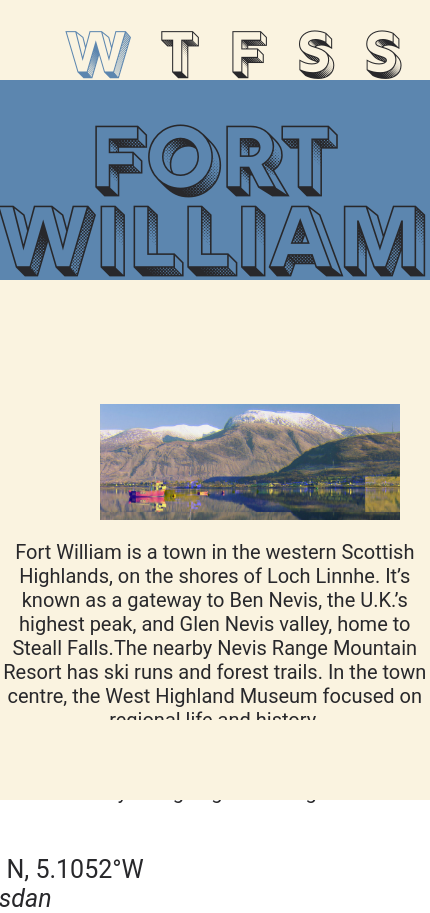
Repository: etak-yram/FINAL-CFG-WEB-DEV
Page: wednesday.html
These files come from the project's save history. The page is drawn as it stood at one moment and after the next save; the edit follows.
The browser window is 375 px wide. The page is 430 px wide, so the pictures cover 430 px, including what lies to the right of the window. The pictures show the whole page.

Above is the page before, as saved 2022-07-27 12:43:25.

After the next save:
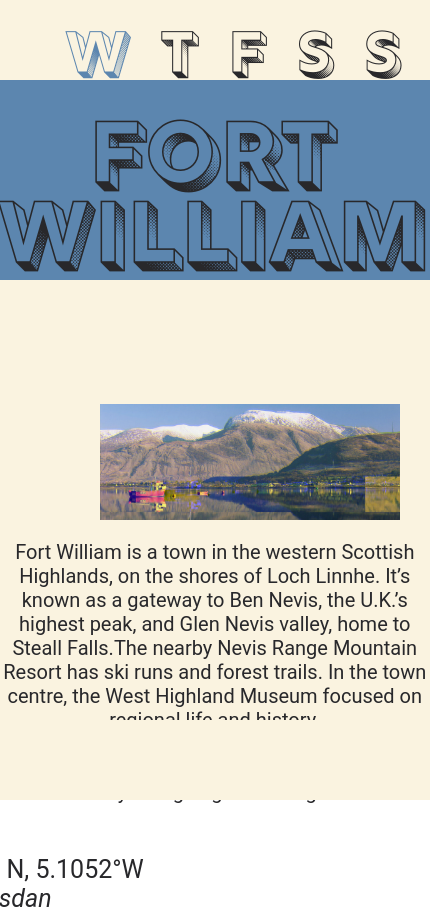
Saved 4 s later.
--- a/style-main.css
+++ b/style-main.css
@@ -225,7 +225,7 @@ aside {
   display: flex;
   justify-content: center;
   align-items: center;
-  padding-bottom: 50px;
+  padding-bottom: 60px;
   text-align: center;
 }
 
